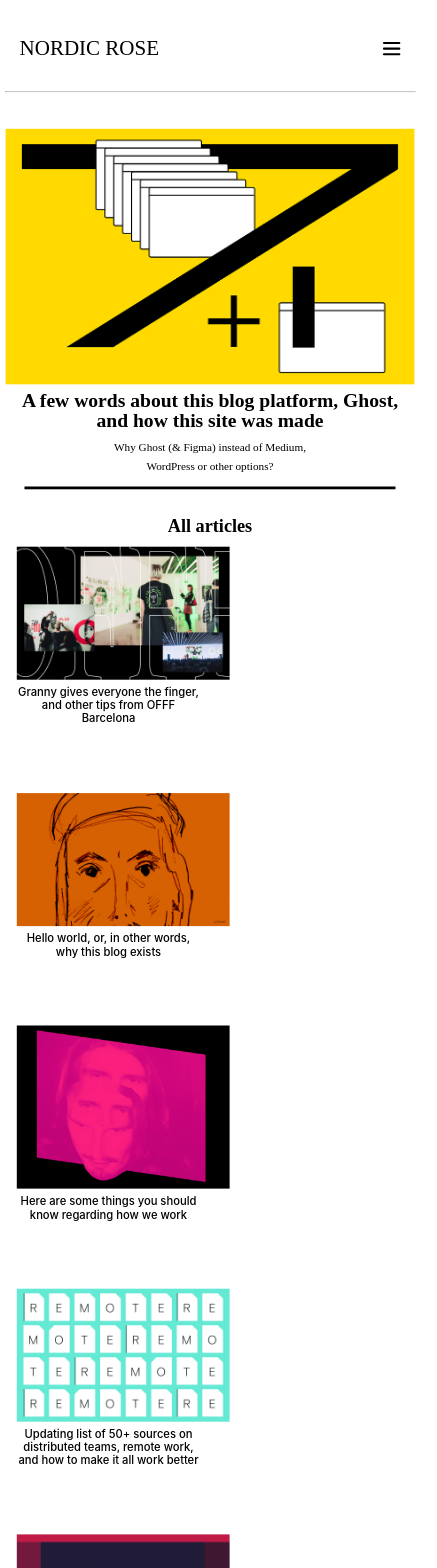
Repository: ThuTrang-jvb/JVB-BT1
Page: Page 2/listing.html
These files come from the project's save history. The page is drawn as it stood at one moment and after a run of saves; the edit follows.
The browser window is 600 px wide. The page is 624 px wide, so the pictures cover 624 px, including what lies to the right of the window. The pictures show the part of the page from y = 0 to 2240 px (the page is 3271 px tall), at 70% of full size.

Above is the page before, as saved 2025-06-26 15:19:36.

After the next 2 saves:
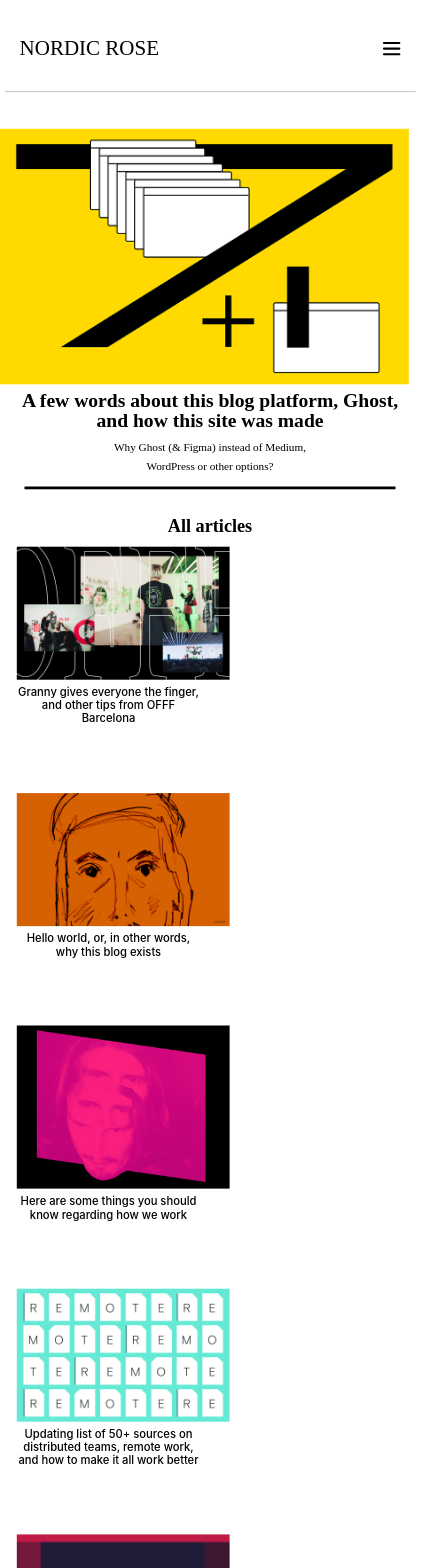
The 2 saves are shown as one change because they came seconds apart.
The last was saved 102 s later.
--- a/Page 2/styleListing.css
+++ b/Page 2/styleListing.css
@@ -212,7 +212,7 @@ hr {
         width: 100%;
         height: auto;
         display: block;
-        margin: 0;
+        margin-left: calc(-1 * ((100vw - 100%) / 2));
     }
 
     .title h1 {
